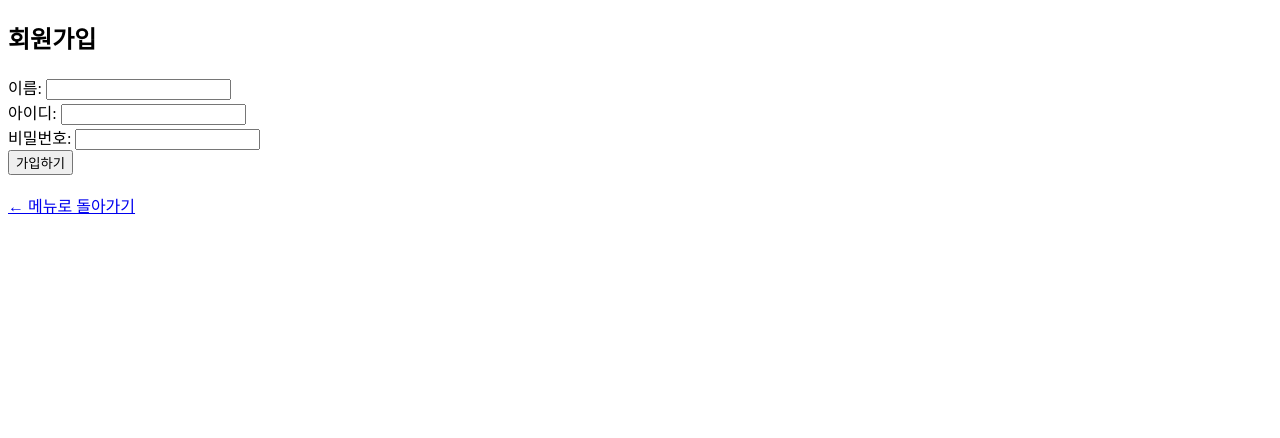
Repository: DearMyStore/ui-test
Page: http://localhost/HotelReservationSystem/register.jsp
These files come from the project's save history. The page is drawn as it stood at one moment and after the next save; the edit follows.
The browser window is 1280 px wide. The pictures show the whole page.
The page is served by Tomcat 9.

Above is the page before, as saved 2025-05-27 14:02:20.

After the next save:
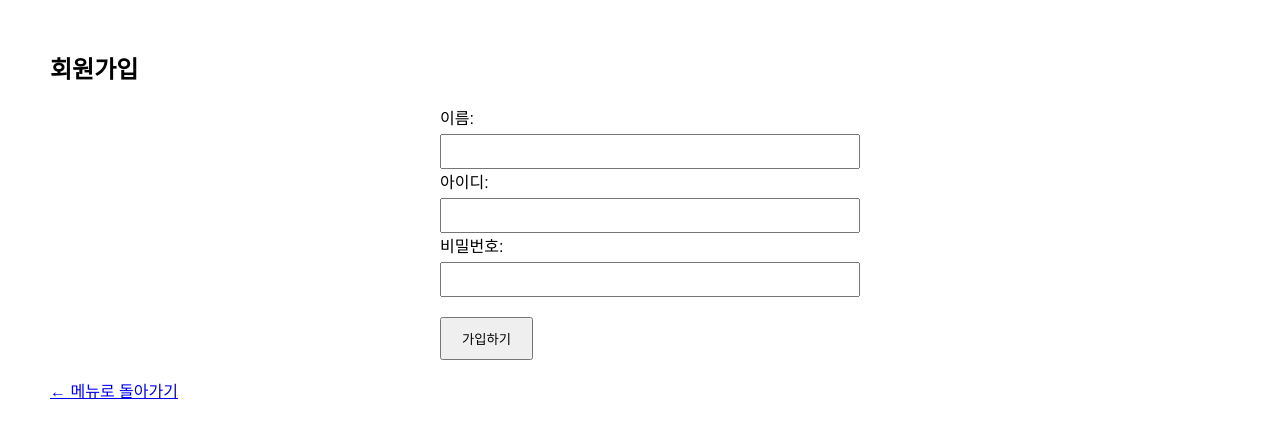
Saved 6 h 24 min later.
--- a/HRS/HotelReservationSystem/src/main/webapp/register.jsp
+++ b/HRS/HotelReservationSystem/src/main/webapp/register.jsp
@@ -13,6 +13,17 @@
 <head>
     <meta charset="UTF-8">
     <title>회원가입</title>
+    <style>
+     body { font-family: Arial, sans-serif; margin: 50px; }
+        form { max-width: 400px; margin: auto; }
+        label { display: block; margin-top: 15px; }
+        input[type="text"], input[type="email"], input[type="password"] {
+            width: 100%; padding: 8px; margin-top: 5px;
+        }
+        input[type="submit"] {
+            margin-top: 20px; padding: 10px 20px;
+        }
+    </style>
 </head>
 <body>
     <h2>회원가입</h2>
